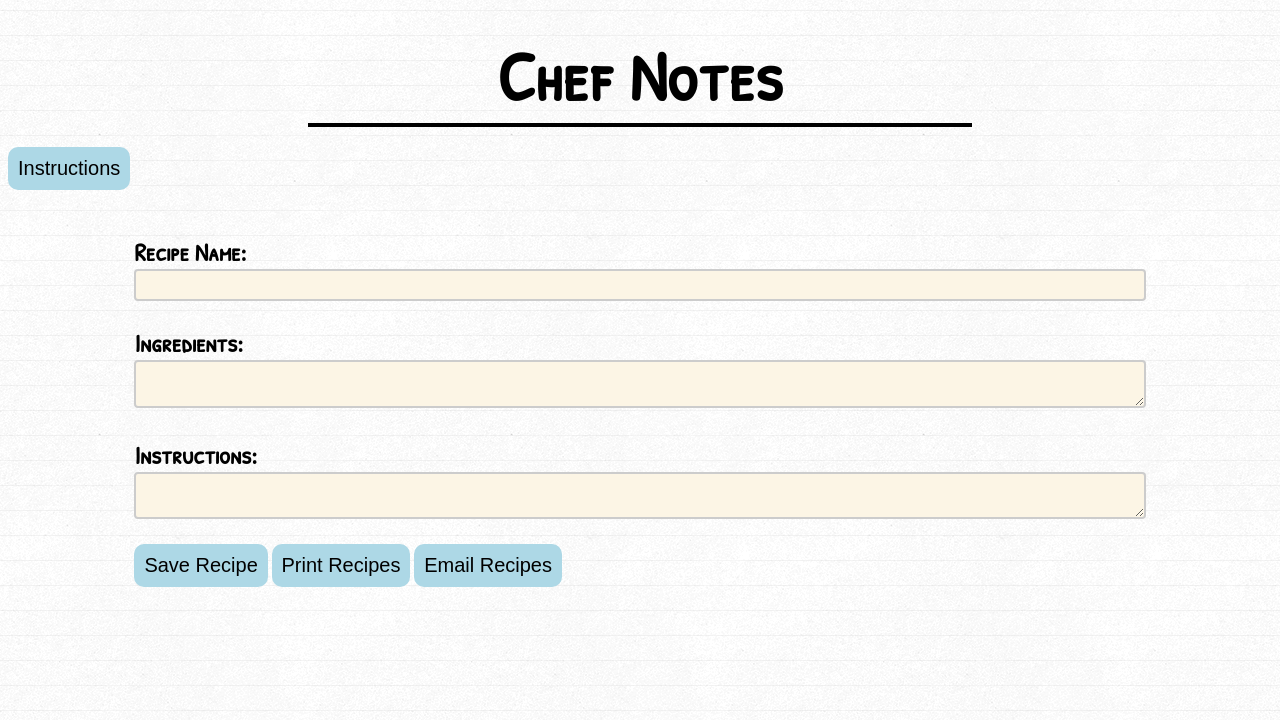
Repository: Chadloswald/RecipeSite
Page: docs/index.html
The author's editor kept a copy of each file at every save. The page is drawn from the files as they stood at one save, then again after the next save.
The browser window is 1280 px wide. The pictures show the whole page.

Above is the page before, as saved 2023-05-28 08:45:49.

After the next save:
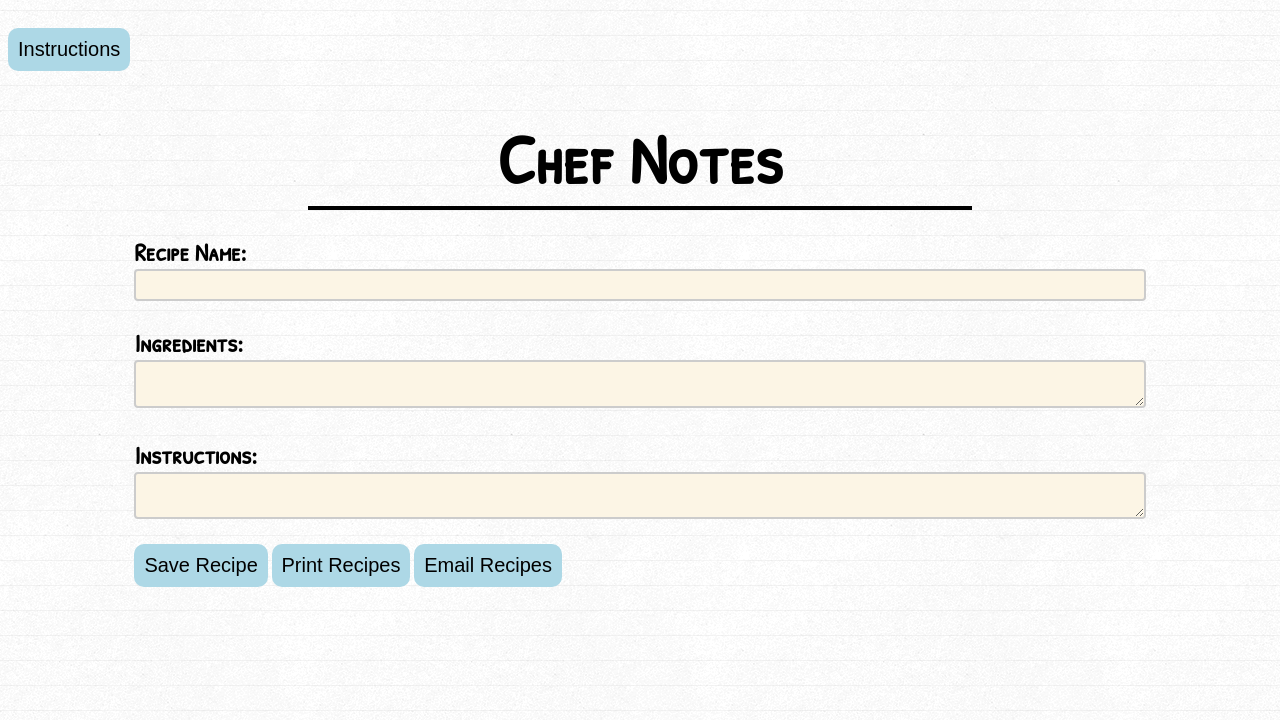
Saved 82 s later.
--- a/docs/index.html
+++ b/docs/index.html
@@ -9,10 +9,8 @@
     <link rel="stylesheet" href="style.css">
   </head>
   <body>
+    <button id="instructions">Instructions</button>
     <h1>Chef Notes</h1>
-    <div id="help">
-    <button id="instructions">Instructions</button>
-    </div>
     <form>
       <label for="name">Recipe Name:</label>
       <input type="text" id="name" name="name">
